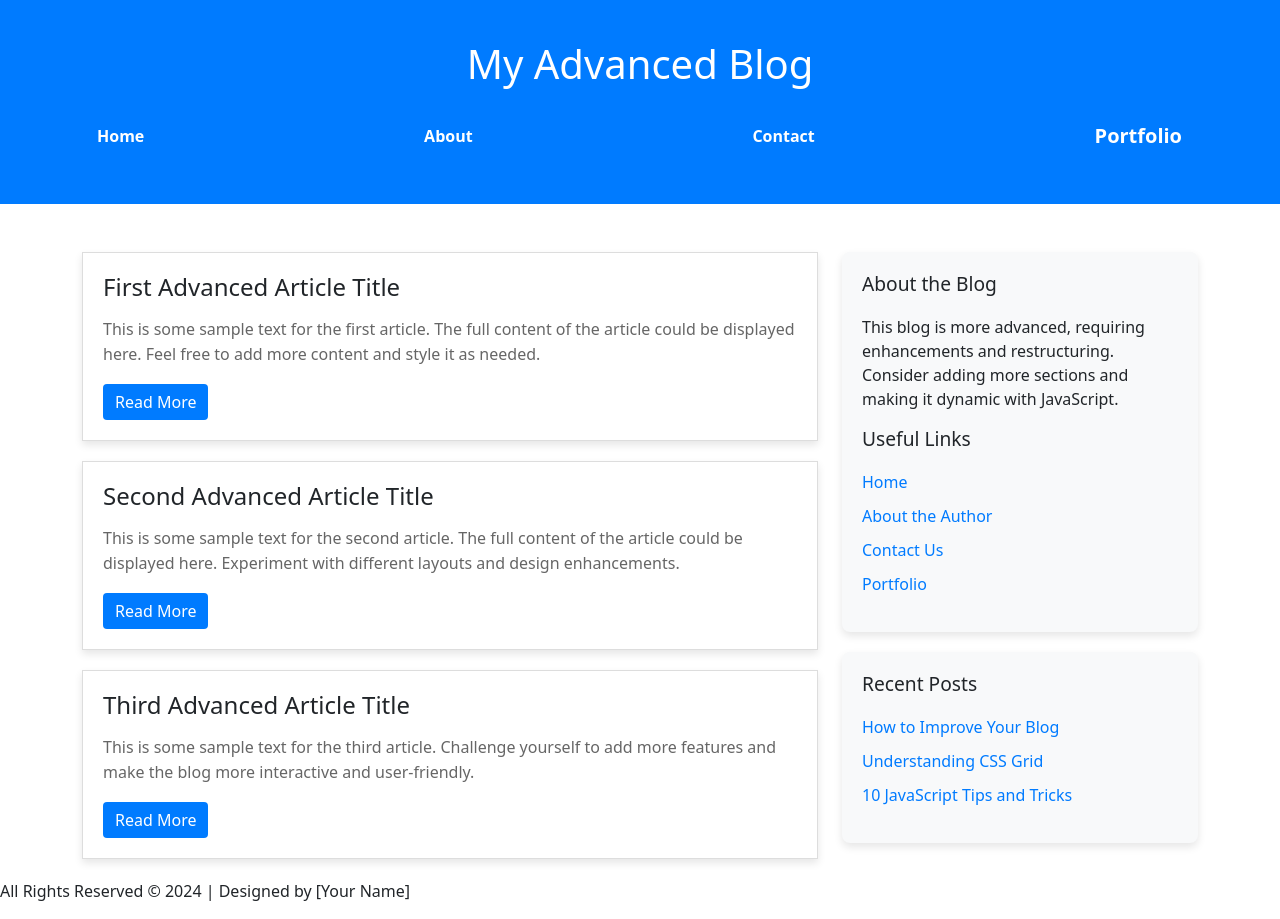
Repository: zeinawady/Blog-Code-Refactoring
Page: index.html
An editor plug-in stored every save of this project. The page is shown before and after the next save, followed by the edit.
The browser window is 1280 px wide. The pictures show the whole page.

Above is the page before, as saved 2024-09-23 14:11:46.

After the next save:
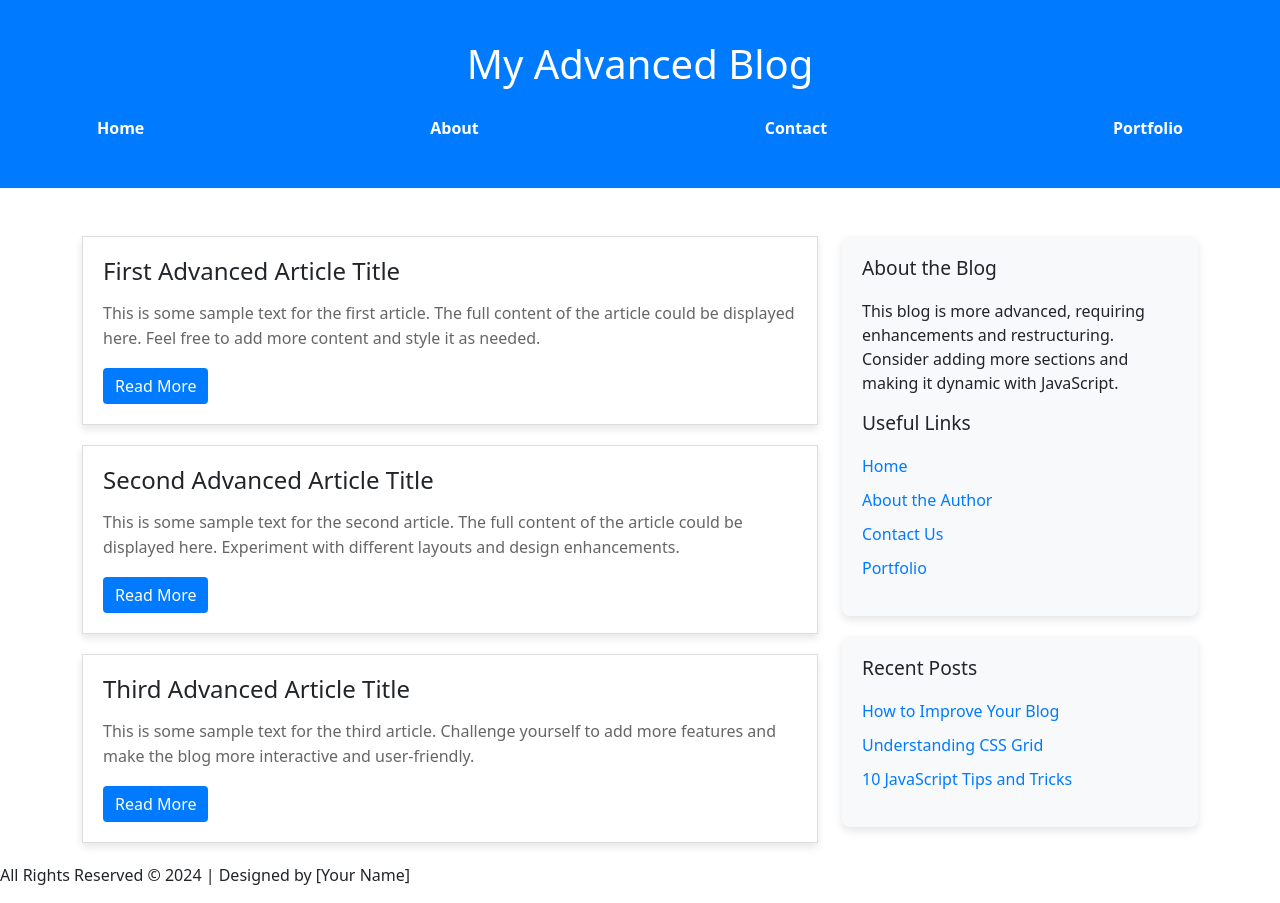
Saved 4 s later.
--- a/index.html
+++ b/index.html
@@ -19,7 +19,7 @@
         <a href="#" >Home</a>
         <a href="#">About</a>
         <a href="#" >Contact</a>
-        <a href="#" class="navbar-brand">Portfolio</a>
+        <a href="#">Portfolio</a>
 
       </div>
 
